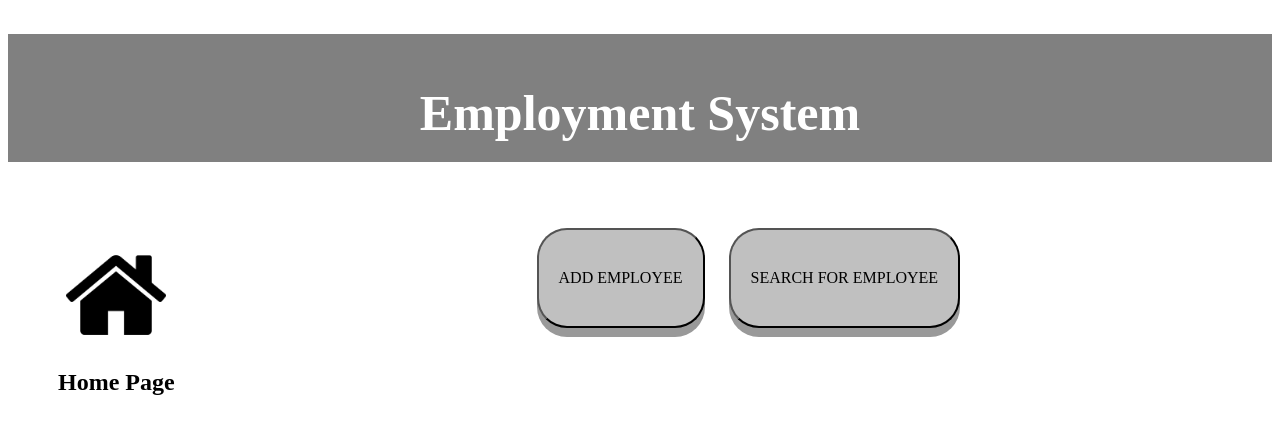
Repository: ticross18/SpringBootEmployeeSystem
Page: EmploymentSystem/src/main/resources/templates/index.html
These files come from the project's save history. The page is drawn as it stood at one moment and after the next save; the edit follows.
The browser window is 1280 px wide. The pictures show the whole page.

Above is the page before, as saved 2022-05-17 18:39:25.

### EmploymentSystem/src/main/resources/templates/index.html
<!DOCTYPE html>
<html>
<head>
	<title>Home Page</title>
	<meta charset="UTF-8">
	<meta name="viewport" content="width=device-width, initial-scale=1.0">
	<link href="css/main.css" rel="stylesheet" type="text/css">
</head>
<body>
<h1 id="title">Employment System</h1>

<div id="homeBox" >
<img src="images/homeIcon2.png" width = "100" height = "100" />
<h2>Home Page</h2>
</div>


 <table id="buttons">
        <tr>
            <td><button type="button" onclick="location.href = '/addEmp.html';"  id="addEmp" > Add Employee </button></td>
            <td><button type="button" onclick="location.href = '/searchEmp.html';" id="search" > Search for Employee </button></td>
        </tr>
 </table>


</body>
</html>

### EmploymentSystem/src/main/resources/templates/css/main.css
.container {
   display: flex;
   border: 3px solid rgb(0, 0, 0);
}

button {
	border-radius: 30px;
	text-transform: uppercase;
	background-color: rgb(192, 192, 192);
	margin: 10px;
	padding: 20px 10px;
	width:  auto ;
	float:right;
	position: sticky;
	 box-shadow: 0 9px #999;
}

button:hover {
  background-color: white;
}

/*click effect*/
button:active {
  background-color: white;
  box-shadow: 0 5px #666;
  transform: translateY(4px);
}

button:hover {
  background-color: white;
  cursor: pointer;
}


button, text {
	color: black;
	font-family: Serif;
	font-size: 100%;
	padding: 20px;
	height: 100px;
}

#buttons {
	overflow: auto;
	padding: 20px;
	margin: auto;
}

#title{
	text-align: center;
	border-bottom: 4px;
	border-color: black;
	font-size: 50px;
	color: white;
	padding: 20px;
	padding-top: 50px;
	background-color: grey;
}

#homeBox {
	padding: 50px;
	float:left;

}
#homeBox, h1{
	text-align: center;
}

After the next save:
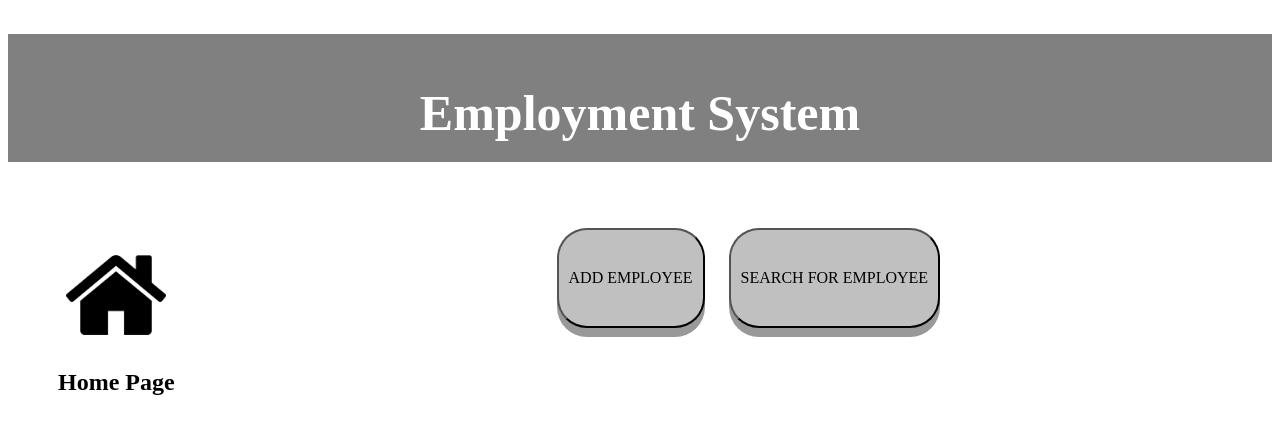
Saved 6 s later.
--- a/EmploymentSystem/src/main/resources/templates/css/main.css
+++ b/EmploymentSystem/src/main/resources/templates/css/main.css
@@ -36,7 +36,7 @@ button, text {
 	color: black;
 	font-family: Serif;
 	font-size: 100%;
-	padding: 20px;
+	padding: 10px;
 	height: 100px;
 }
 
